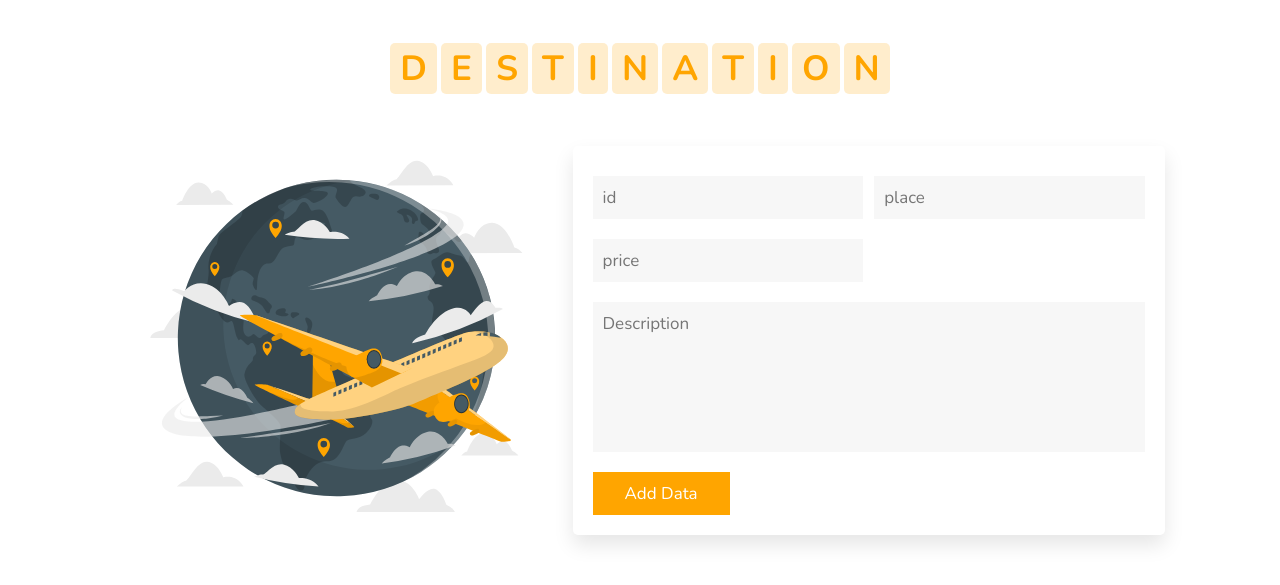
Repository: vksh-chandra/Travel-Tourism
Page: tatms/src/main/webapp/Admin.html
An editor plug-in stored every save of this project. The page is shown before and after the next save, followed by the edit.
The browser window is 1280 px wide. The pictures show the whole page.

Above is the page before, as saved 2022-07-19 18:21:58.
Console error: TypeError: Cannot read properties of null (reading 'addEventListener')

After the next save:
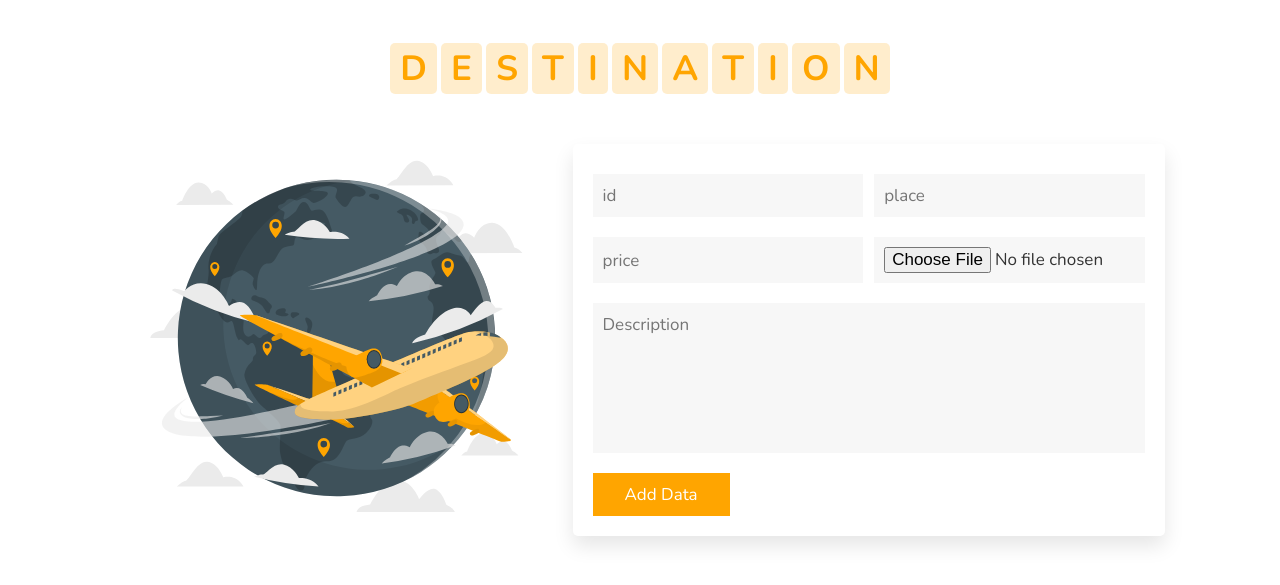
Saved 2 min 8 s later.
--- a/tatms/src/main/webapp/Admin.html
+++ b/tatms/src/main/webapp/Admin.html
@@ -35,6 +35,9 @@
 	            </div>
 	            <div class="inputBox">
 	            	<input type="number" placeholder="price" name="price">
+	            	<input type="file" placeholder="photo" name="price">
+	            </div>
+	            <div class="inputBox">
 	            	<textarea placeholder="Description" name="Description" id="" cols="30" rows="10"></textarea>
 	            </div>
 	            <input type="submit" class="btn" value="Add Data">
